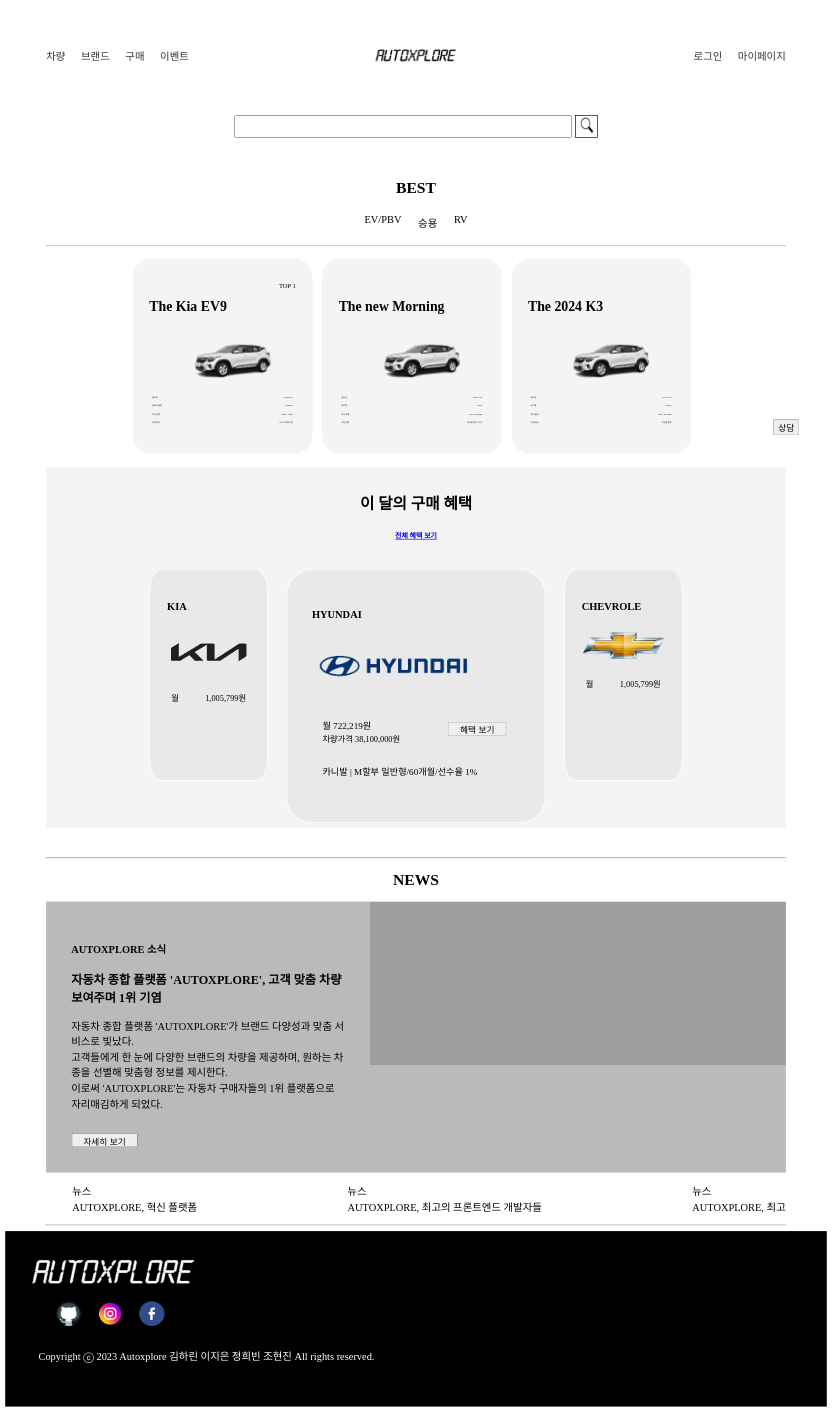
Repository: Autoxplore/Autoxplore
Page: mainPage.html
These files come from the project's save history. The page is drawn as it stood at one moment and after the next save; the edit follows.
The browser window is 1280 px wide. The pictures show the whole page, at 65% of full size.
Pictures or frames that could not be fetched are drawn as grey boxes.

Above is the page before, as saved 2023-08-03 19:23:37.

After the next save:
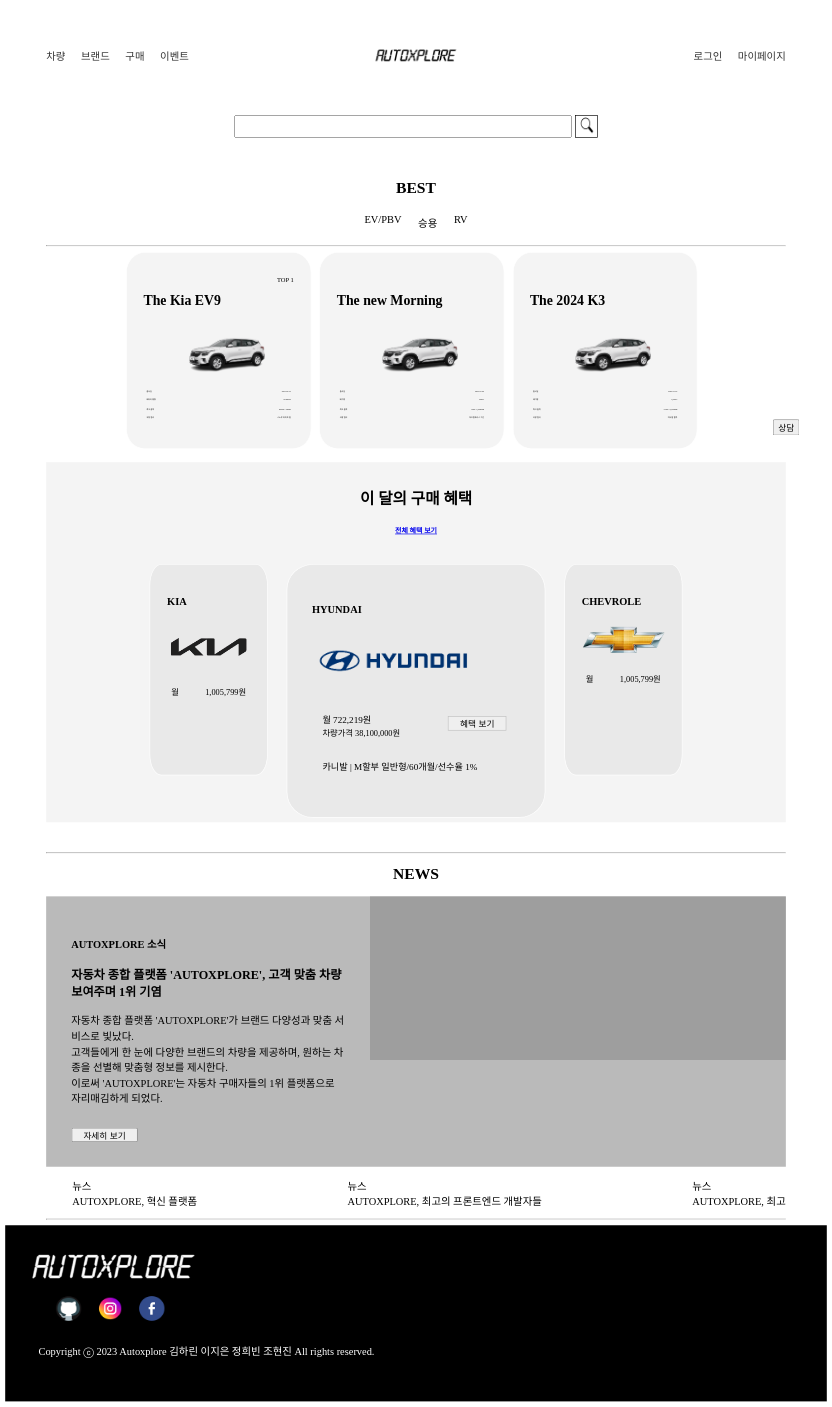
Saved 7 s later.
--- a/harin_css/mainPage.css
+++ b/harin_css/mainPage.css
@@ -572,7 +572,7 @@
         display: flex;
         flex-direction: row;
         justify-content: center;
-        margin: 2%;
+        margin: 1%;
     }
 
     .car1{
